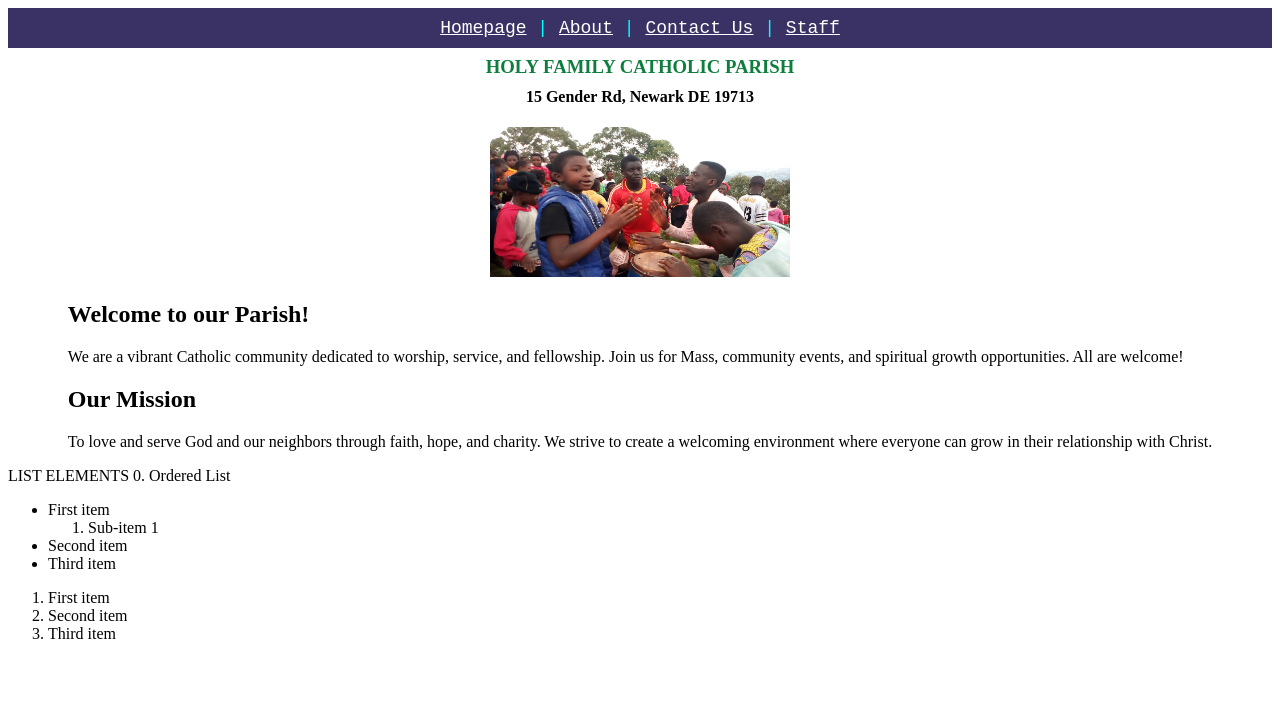
Repository: ficotims/HTML-RESTART
Page: Homepage.html
These files come from the project's save history. The page is drawn as it stood at one moment and after the next save; the edit follows.
The browser window is 1280 px wide. The pictures show the whole page.

Above is the page before, as saved 2026-02-10 17:49:46.

After the next save:
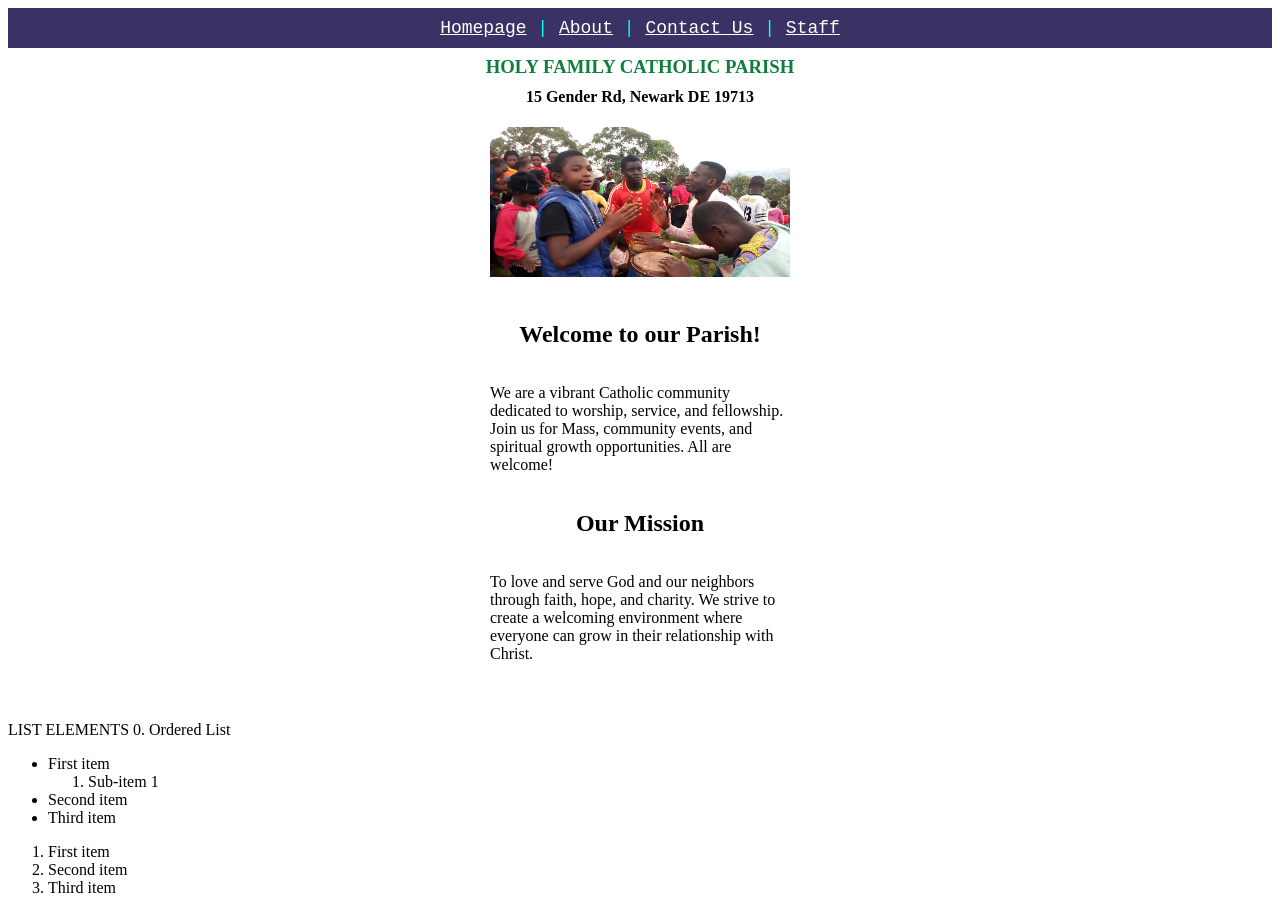
Saved 77 s later.
--- a/Style 1.css
+++ b/Style 1.css
@@ -27,3 +27,14 @@
     flex-direction: row;
     justify-content: space-around;
 }
+
+.profile-box {
+    background-color: rgb(255, 255, 255);
+    border-radius: 50px;
+    padding: 20px;
+    width: 300px;
+    height: 400px;
+    display: flex;
+    flex-direction: column;
+    align-items: center;
+}
